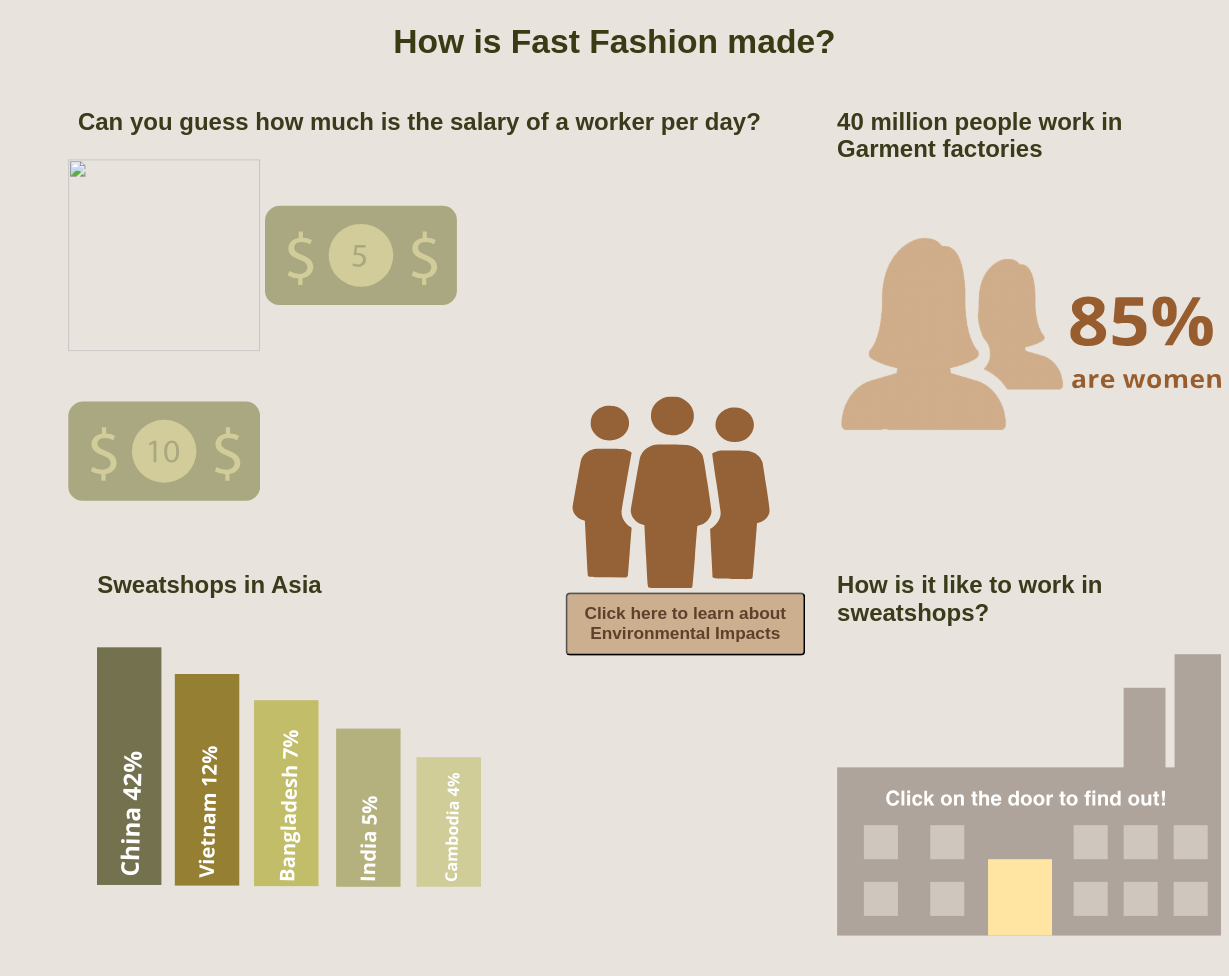
Repository: DevOfHockey/mdia-2190-midterm
Page: fashionlabor.html
An editor plug-in stored every save of this project. The page is shown before and after a run of saves, followed by the edit.
The browser window is 1280 px wide. The pictures show the whole page, at 96% of full size.

Above is the page before, as saved 2022-03-07 18:47:55.

After the next 2 saves:
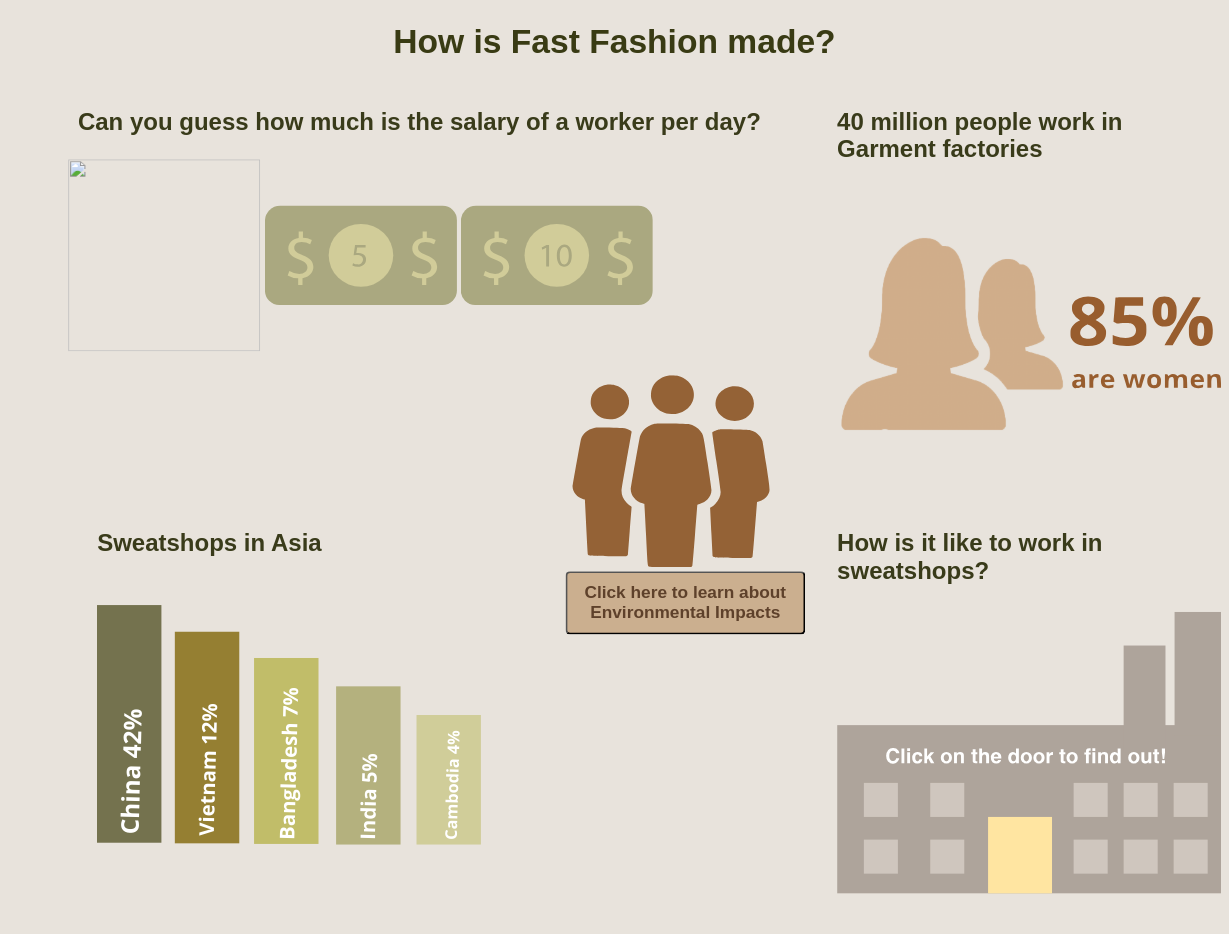
The 2 saves are shown as one change because they came seconds apart.
The last was saved 17 s later.
--- a/comps/salarybox.js
+++ b/comps/salarybox.js
@@ -10,10 +10,7 @@
 }
 
 img:nth-child(3) {
-    display: flex;
-    top: 0px;
-    bottom 0px;
-    left: 25%;
+    align-self: center;
 }
 
 </style>

After the save that followed:
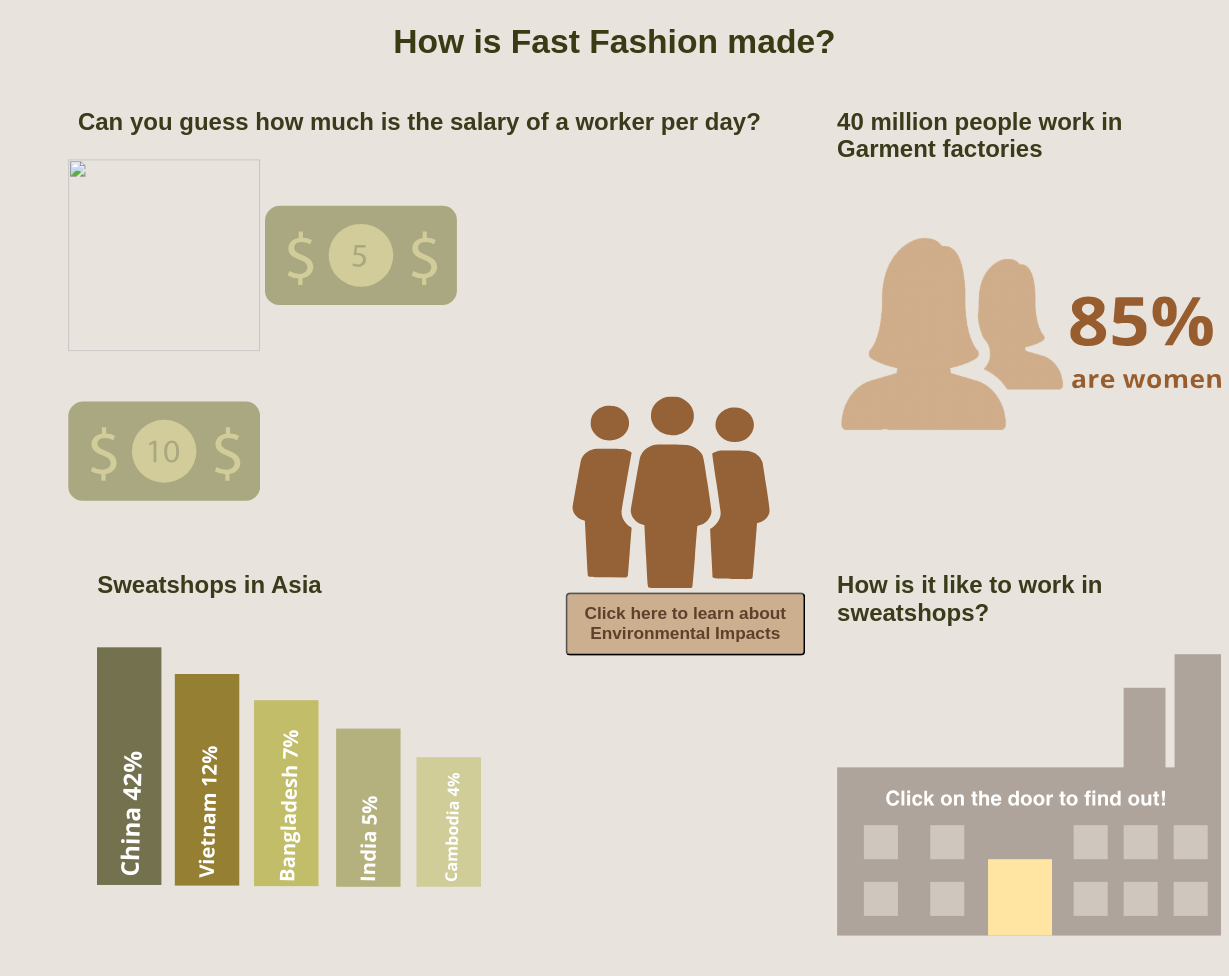
Saved 34 s later.
--- a/comps/salarybox.js
+++ b/comps/salarybox.js
@@ -10,7 +10,8 @@
 }
 
 img:nth-child(3) {
-    align-self: center;
+    display: flex;
+    margin-top:0;
 }
 
 </style>
